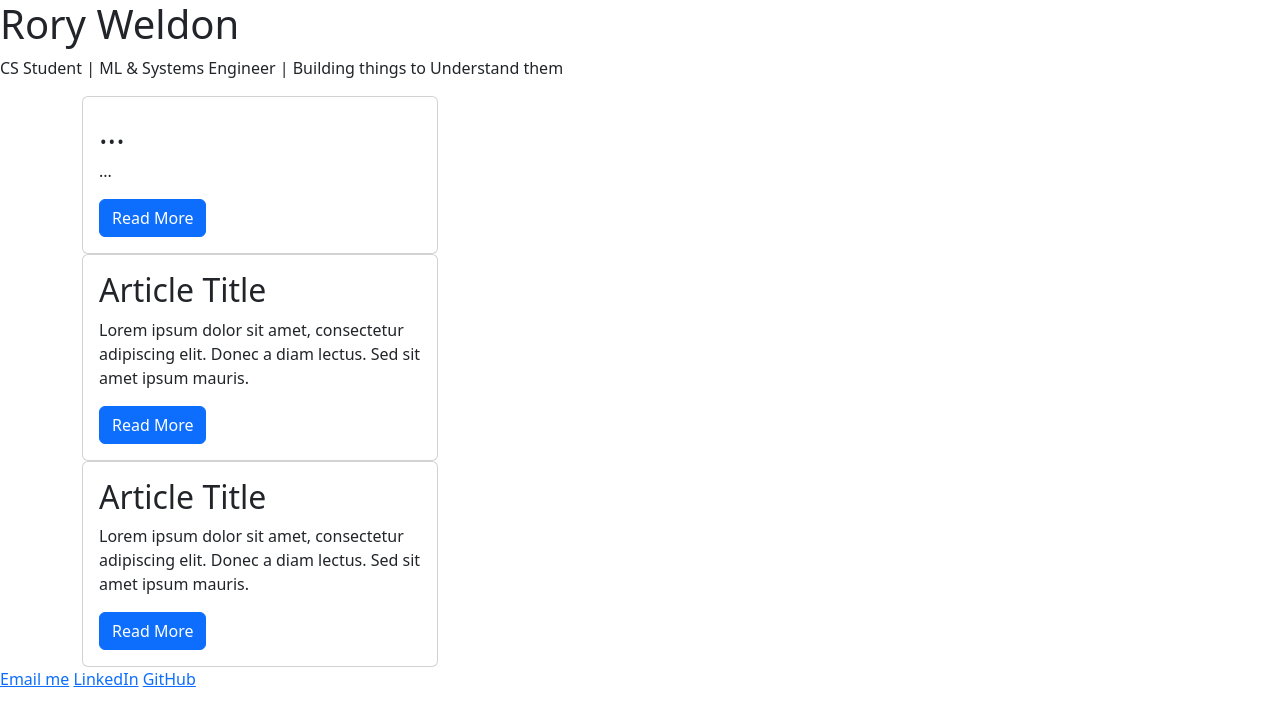
Repository: Art3misF0wl90/Portfolio
Page: index.html
The author's editor kept a copy of each file at every save. The page is drawn from the files as they stood at one save, then again after the next save.
The browser window is 1280 px wide. The pictures show the whole page.

Above is the page before, as saved 2026-06-17 19:30:40.

After the next save:
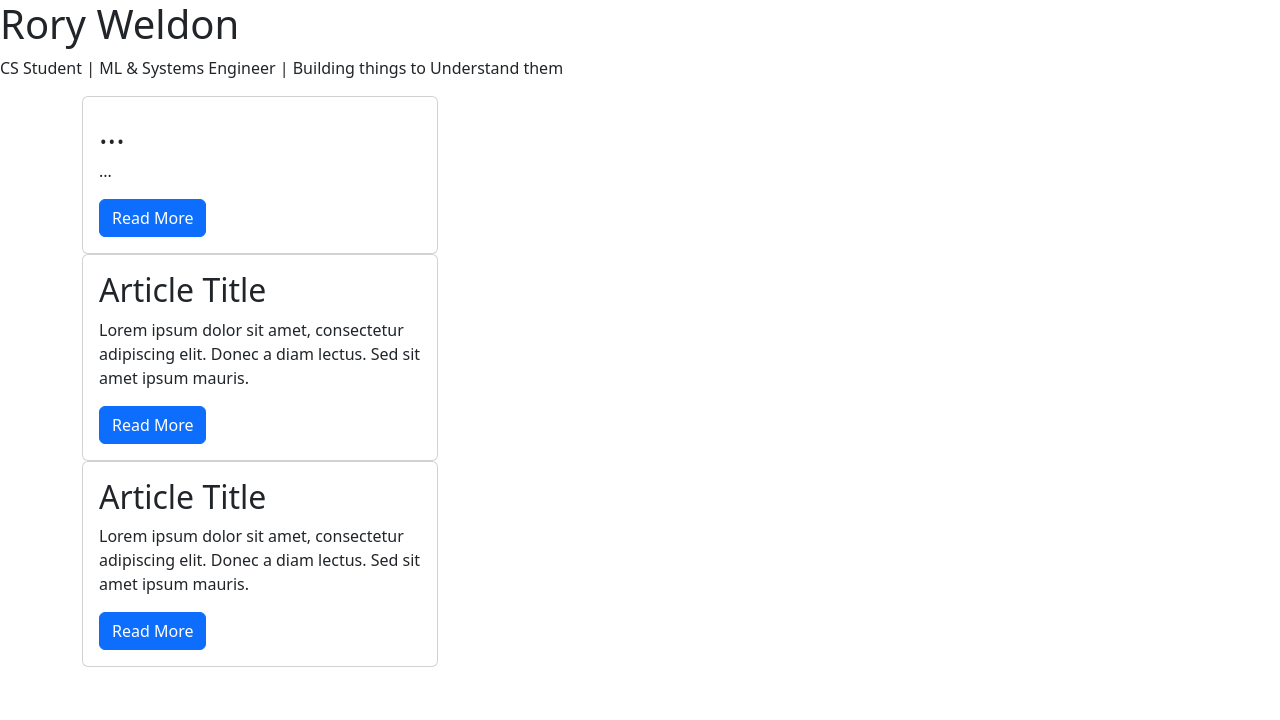
Saved 8 s later.
--- a/index.html
+++ b/index.html
@@ -67,11 +67,7 @@
       <!-- Main content - Teasers for projects-->
     </main>
     <!-- Footer content -->
-    <footer>
-      <a href="mailto:lweldon2@students.kennesaw.edu">Email me</a>
-      <a href="https://www.linkedin.com/in/rory-weldon-5829ab297/">LinkedIn</a>
-      <a href="https://github.com/Art3misF0wl90">GitHub</a>
-    </footer>
+
     <script
       src="https://cdn.jsdelivr.net/npm/bootstrap@5.3.8/dist/js/bootstrap.bundle.min.js"
       integrity="sha384-FKyoEForCGlyvwx9Hj09JcYn3nv7wiPVlz7YYwJrWVcXK/BmnVDxM+D2scQbITxI"
